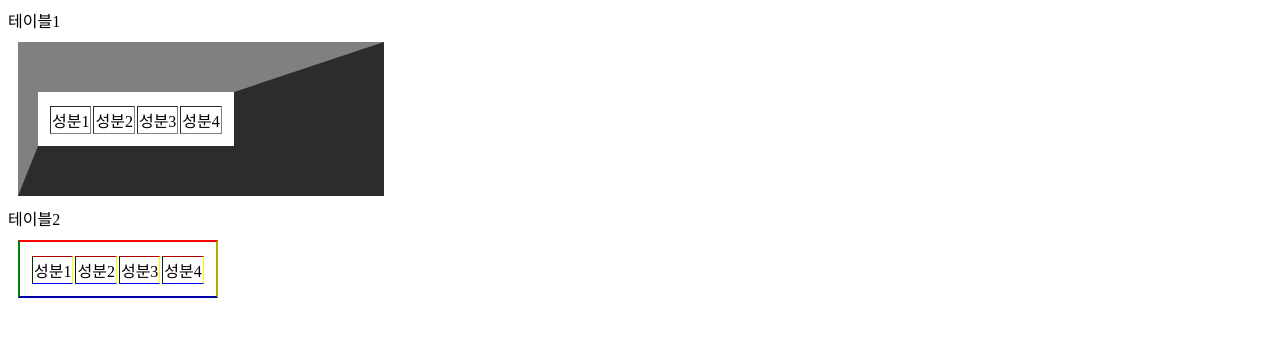
Repository: KimHeonSeung/TJE_HTML
Page: sources/day_04/WebContent/border_width.html
These files come from the project's save history. The page is drawn as it stood at one moment and after the next save; the edit follows.
The browser window is 1280 px wide. The pictures show the whole page.

Above is the page before, as saved 2019-05-15 01:08:09.

After the next save:
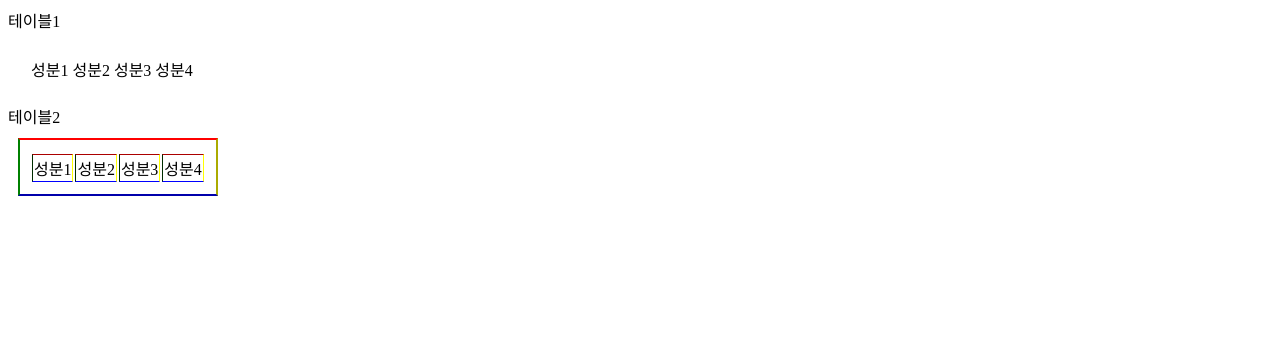
Saved 3 min 34 s later.
--- a/sources/day_04/WebContent/border_width.html
+++ b/sources/day_04/WebContent/border_width.html
@@ -25,7 +25,7 @@
 
 </style>
 
-<table class = "table1" border = "1">
+<table class = "table1" >
 	<tr>테이블1</tr>
 		<td>성분1</td>
 		<td>성분2</td>

After the save that followed:
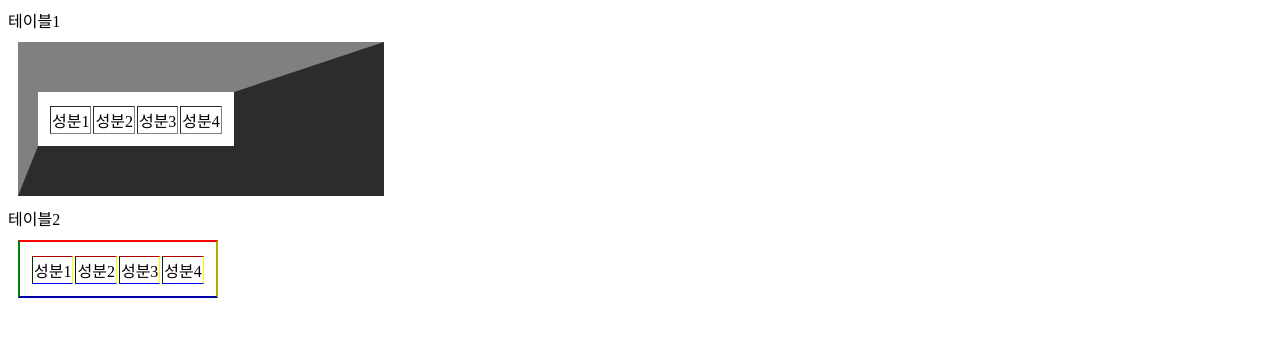
Saved 11 s later.
--- a/sources/day_04/WebContent/border_width.html
+++ b/sources/day_04/WebContent/border_width.html
@@ -25,7 +25,7 @@
 
 </style>
 
-<table class = "table1" >
+<table class = "table1" border = "1">
 	<tr>테이블1</tr>
 		<td>성분1</td>
 		<td>성분2</td>
